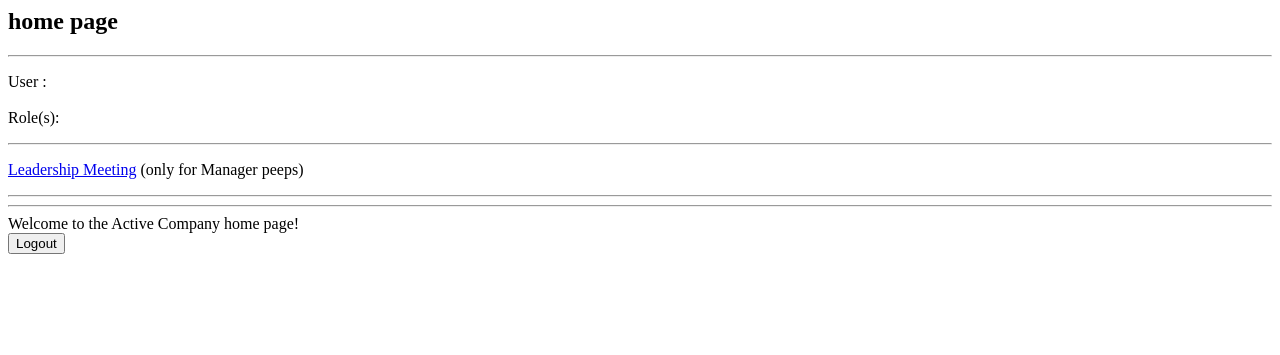
Repository: khaledesmail89/spring-Hibernate
Page: http://localhost/spring-security-demo-07-user-roles/WEB-INF/view/home.jsp
An editor plug-in stored every save of this project. The page is shown before and after the next save, followed by the edit.
The browser window is 1280 px wide. The pictures show the whole page.
The page is served by Tomcat 9. Nobody is signed in. Other server files are loaded and not shown. The template is opened directly, without the code that normally fills it, so the values that code supplies are empty.

Above is the page before, as saved 2018-10-09 11:59:16.

### spring-security-demo-07-user-roles/src/main/webapp/WEB-INF/view/home.jsp
<%@taglib prefix="form" uri="http://www.springframework.org/tags/form" %>
<%@taglib prefix="security" uri="http://www.springframework.org/security/tags" %>
<html>
<head>
<title>Home page</title>
</head>
<body>
<h2>home page </h2>
<hr>
<p>
User : <security:authentication property="principal.username"/>
<br><br>
Role(s): <security:authentication property="principal.authorities"/>
</p>
<hr>
<p>
<a href="${pageContext.request.contextPath}/leaders">Leadership Meeting</a>
(only for Manager peeps)
</p>
<hr>
<hr>
Welcome to the Active Company home page!
<form:form action="${pageContext.request.contextPath}/logout" method="POST">
<input type="submit" value="Logout"/>
</form:form>
</body>
</html>

After the next save:
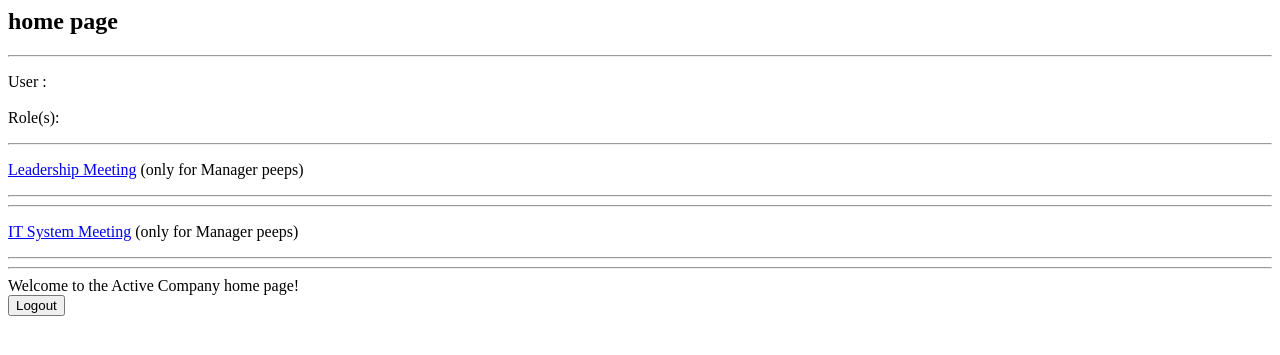
Saved 2 min 43 s later.
--- a/spring-security-demo-07-user-roles/src/main/webapp/WEB-INF/view/home.jsp
+++ b/spring-security-demo-07-user-roles/src/main/webapp/WEB-INF/view/home.jsp
@@ -19,6 +19,12 @@ Role(s): <security:authentication property="principal.authorities"/>
 </p>
 <hr>
 <hr>
+<p>
+<a href="${pageContext.request.contextPath}/systems">IT System Meeting</a>
+(only for Manager peeps)
+</p>
+<hr>
+<hr>
 Welcome to the Active Company home page!
 <form:form action="${pageContext.request.contextPath}/logout" method="POST">
 <input type="submit" value="Logout"/>
